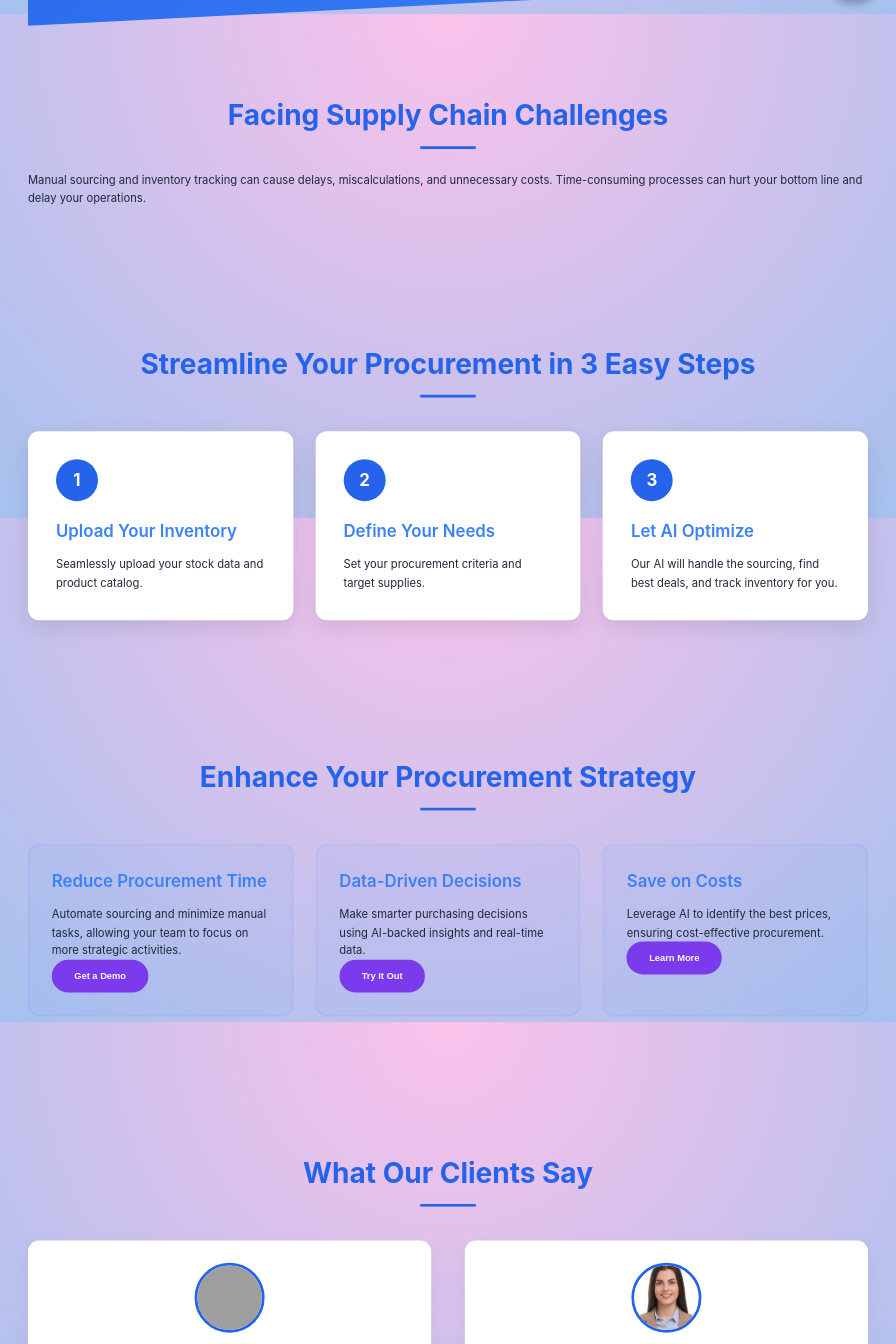
Repository: aabhashbasnet/SSNCorporation
Page: /who-we-serve/suppliers
An editor plug-in stored every save of this project. The page is shown before and after the next save, followed by the edit.
The browser window is 1280 px wide. The pictures show the part of the page from y = 700 to 2620 px (the page is 3606 px tall before and 3676 px after), at 70% of full size.
Pictures or frames that could not be fetched are drawn as grey boxes. The project was rebuilt for these pictures with package versions that can differ from the ones it lists, and the page was loaded fresh each time. Also part of the build but not shown: src/components/Main/Main.jsx, src/components/Working/Working.css, src/components/Working/Working.jsx, src/components/Footer/Footer.jsx, src/pages/OurMission/OurMission.jsx, src/pages/LoginSignUp/LoginSignUp.css, src/pages/LoginSignUp/LoginSignUp.jsx, src/pages/Industries/Industries.jsx and 12 more.

Above is the page before, as saved 2025-02-11 12:51:08.

After the next save:
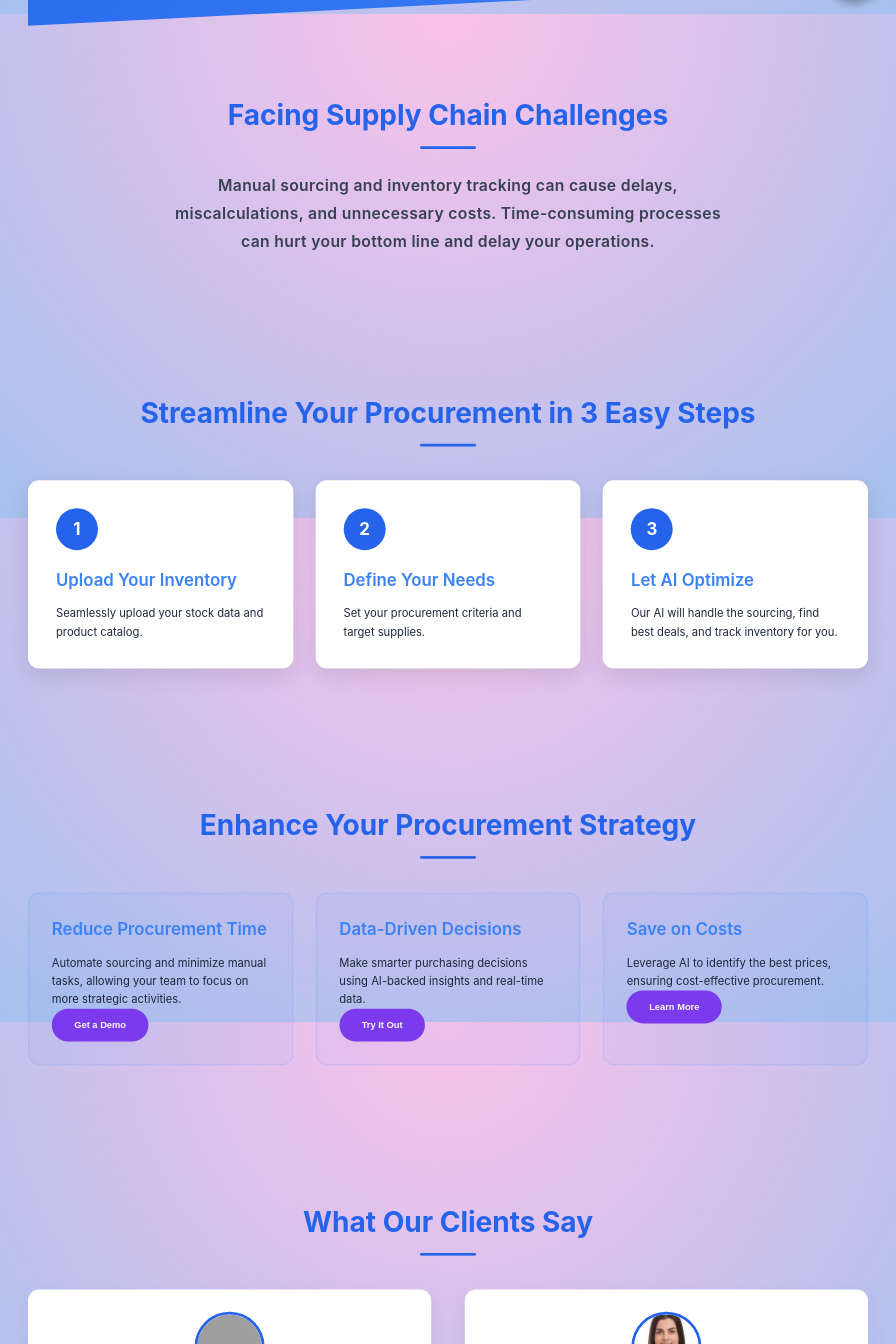
Saved 2 min 26 s later.
--- a/src/pages/WhoWeServe/Suppliers.css
+++ b/src/pages/WhoWeServe/Suppliers.css
@@ -125,6 +125,17 @@
   section {
     padding: 6rem 0;
   }
+  .challenges p {
+    font-size: 1.4rem;        /* Increase font size for better readability */
+    font-weight: 600;         /* Use a bolder weight to add emphasis */
+    line-height: 1.8;         /* Improve readability with extra line spacing */
+    letter-spacing: 0.5px;    /* A little extra spacing can make text pop */
+    color: #374151;           /* A slightly lighter, more vibrant dark tone */
+    text-align: center;       /* Center the text for a more modern look */
+    max-width: 800px;         /* Constrain the width for better layout control */
+    margin: 0 auto;           /* Center the block within its container */
+  }
+
 
   /* Process Section */
   .steps {
